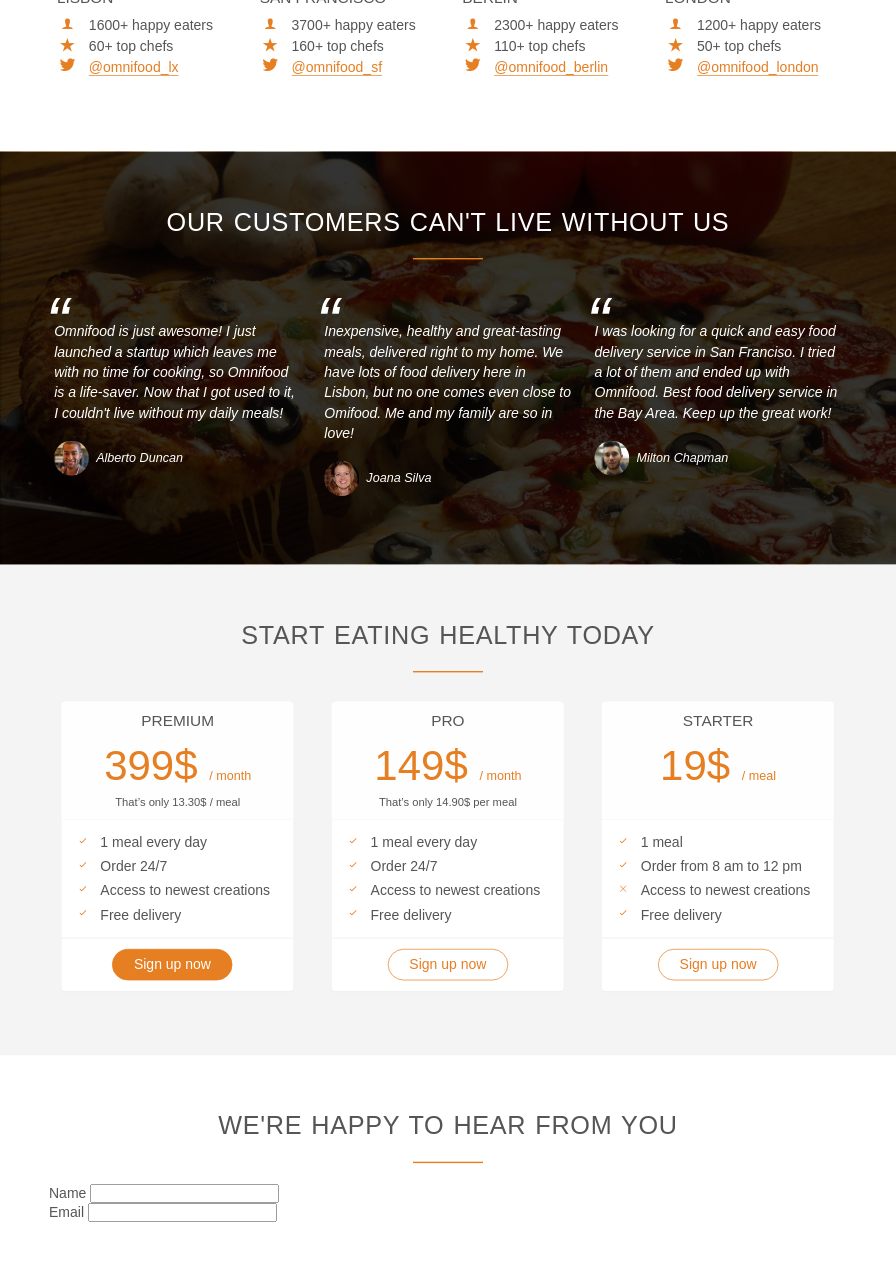
Repository: pboi18/E-Foods
Page: index.html
An editor plug-in stored every save of this project. The page is shown before and after the next save, followed by the edit.
The browser window is 1280 px wide. The pictures show the part of the page from y = 3071 to 4991 px (the page is 4897 px tall before and 4991 px after), at 70% of full size.
Backgrounds fixed to the window are drawn as part of the page.

Above is the page before, as saved 2020-07-13 22:45:05.

### index.html
<!DOCTYPE html>
<html lang="en">
   <head>
      <meta http-equiv="Content-Type" content="text/html;charset=UTF-8">
      <link rel="stylesheet" href="vendors/css/normalize.css">
      <link rel="stylesheet" href="vendors/css/7.1 Grid.css">
      <link rel="stylesheet" href="vendors/css/ionicons.min.css">
      <link rel="stylesheet" href="resources/css/style.css">
      <link href='http://fonts.googleapis.com/css?family=Lato:100,300,400,300italic' rel='stylesheet' type='text/css'>
      <title>Ominifoods</title>
   </head>

   <body>
      <header>
         <nav>
               <div class="row">
                  <img src="resources/img/logo-white.png" alt="Ominifood logo" class="logo">

                  <ul class="main-nav">
                     <li><a href="#">Food delivery</a></li>
                     <li><a href="#">How it works</a></li>
                     <li><a href="#">Our cities</a></li>
                     <li><a href="#">Sign up</a></li>
                  </ul>

               </div>
         </nav>
         <div class="hero-text-box">
               <h1>Goodbye junk food. <br> Hello super healthy meals.</h1>
               <a href="#" class="btn btn-full">I’m hungry </a>
               <a href="#" class="btn btn-ghost">Show me more </a>
         </div>

      </header>

      <section class="section-features">
         <div class="row">
               <h2>Get food fast &mdash; not fast food</h2>
               <p class="long-copy">
                  Hello, we’re Omnifood, your new premium food delivery service. We know you’re always busy. No time for cooking. So let us take care of that, we’re really good at it, we promise!
               </p>
         </div>

         <div class="row">
               <div class="col span-1-of-4 box">
                  <i class="ion-ios-infinite-outline icon-big"></i>
                  <h3>Up to 365 days/year</h3>
                  <p>
                     Never cook again! We
                     really mean that. Our subscription
                     plans include up to 365
                     days/year coverage. You can
                     also choose to order more
                     flexibly if that's your style.
                  </p>
               </div>

               <div class="col span-1-of-4 box">
                  <i class="ion-ios-stopwatch-outline icon-big"></i>
                  <h3>Ready in 20 minutes</h3>
                  <p>
                     You're only twenty minutes
                     away from your delicious and
                     super healthy meals delivered
                     right to your home. We work
                     with the best chefs in each
                     town to ensure that you're
                     100% happy.
                  </p>
               </div>

               <div class="col span-1-of-4 box">
                  <i class="ion-ios-nutrition-outline icon-big"></i>
                  <h3>100% organic</h3>
                  <p>
                     All our vegetables are fresh, organic and local. Animals are raised without added hormones or antibiotics. Good for your health, the environment, and it also tastes better!
                  </p>
               </div>

               <div class="col span-1-of-4 box">
                  <i class="ion-ios-cart-outline icon-big"></i>
                  <h3>Order anything</h3>
                  <p>
                     We don't limit your creativity, which means you can order whatever you feel like. You can also choose from our menu containing over 100 delicious meals. It's up to you!
                  </p>
               </div>
         </div>
      </section>

      <section class="section-meals">
         <ul class="meals-showcase clearfix">
               <li>
                  <figure class="meal-photo">
                     <img src="resources/img/1.jpg" alt="Korean bibimbap with egg and vegetables">
                  </figure>
               </li>
               <li>
                  <figure class="meal-photo">
                     <img src="resources/img/2.jpg" alt="Simple italian pizza with cherry tomatoes">
                  </figure>
               </li>
               <li>
                  <figure class="meal-photo">
                     <img src="resources/img/3.jpg" alt="Chicken breast steak with vegetables ">
                  </figure>
               </li>
               <li>
                  <figure class="meal-photo">
                     <img src="resources/img/4.jpg" alt="Autumn pumpkin soup">
                  </figure>
               </li>
         </ul>

         <ul class="meals-showcase clearfix">
               <li>
                  <figure class="meal-photo">
                     <img src="resources/img/5.jpg" alt="Paleo beef steak with vegetables">
                  </figure>
               </li>
               <li>
                  <figure class="meal-photo">
                     <img src="resources/img/6.jpg" alt="Healthy baguette with egg and vegetables">
                  </figure>
               </li>
               <li>
                  <figure class="meal-photo">
                     <img src="resources/img/7.jpg" alt="Burger with cheddar and bacon">
                  </figure>
               </li>
               <li>
                  <figure class="meal-photo">
                     <img src="resources/img/8.jpg" alt="Granola with cherries and strawberries">
                  </figure>
               </li>
         </ul>
      </section>

      <section class="section-steps">
         <div class="row">
               <h2>How it works &mdash; Simple as 1, 2, 3</h2>
         </div>
         <div class="row">
               <div class="col span-1-of-2 steps-box">
                  <img src="resources/img/app-iPhone.png" alt="Ominifood app on iphone" class="app-screen">
               </div>

               <div class="col span-1-of-2 steps-box">
                  <div class="works-step">
                     <div>1</div>
                     <p>Choose the subscription plan that best fits your needs and sign up today.</p>
                  </div>
                  <div class="works-step">
                     <div>2</div>
                     <p>Order your delicious meal using our mobile app or website. Or you can even call us!</p>
                  </div>
                  <div class="works-step">
                     <div>3</div>
                     <p>Enjoy your meal after less than 20 minutes. See you the next time!</p>
                  </div>

                  <a href="#" class="btn-app">
                     <img src="resources/img/download-app.png " alt="App Store Button">
                  </a>
                  <a href="#" class="btn-app" >
                     <img src="resources/img/download-app-android.png" alt="play Store Button">
                  </a>

               </div>
         </div>
      </section>


      <section class="section-cities">
         <div class="row">
            <h2>
               We're currently in these cities
            </h2>
         </div>

         <div class="row">
            <div class="col span-1-of-4 box">
               <img src="resources/img/lisbon-3.jpg" alt="Lisbon">
               <h3>Lisbon</h3>
               <div class="city-feature">
                  <i class="ion-ios-person icon-small"></i>
                  1600+ happy eaters
               </div>
               <div class="city-feature">
                  <i class="ion-ios-star icon-small"></i>
                  60+ top chefs
               </div>
               <div class="city-feature">
                  <i class="ion-social-twitter icon-small"></i>
                  <a href="#">@omnifood_lx</a>
               </div>
            </div>

            <div class="col span-1-of-4 box">
               <img src="resources/img/san-francisco.jpg" alt="San Francisco">
               <h3>San Francisco</h3>
               <div class="city-feature">
                  <i class="ion-ios-person icon-small"></i>
                  3700+ happy eaters
               </div>
               <div class="city-feature">
                  <i class="ion-ios-star icon-small"></i>
                  160+ top chefs
               </div>
               <div class="city-feature">
                  <i class="ion-social-twitter icon-small"></i>
                  <a href="#">@omnifood_sf</a>
               </div>
            </div>

            <div class="col span-1-of-4 box">
               <img src="resources/img/berlin.jpg" alt="Berlin">
               <h3>Berlin</h3>
               <div class="city-feature">
                  <i class="ion-ios-person icon-small"></i>
                  2300+ happy eaters
               </div>
               <div class="city-feature">
                  <i class="ion-ios-star icon-small"></i>
                  110+ top chefs
               </div>
               <div class="city-feature">
                  <i class="ion-social-twitter icon-small"></i>
                  <a href="#">@omnifood_berlin</a>
               </div>
            </div>

            <div class="col span-1-of-4 box">
               <img src="resources/img/london.jpg" alt="London">
               <h3>London</h3>
               <div class="city-feature">
                  <i class="ion-ios-person icon-small"></i>
                  1200+ happy eaters
               </div>
               <div class="city-feature">
                  <i class="ion-ios-star icon-small"></i>
                  50+ top chefs
               </div>
               <div class="city-feature">
                  <i class="ion-social-twitter icon-small"></i>
                  <a href="#">@omnifood_london</a>
               </div>
            </div>
         </div>


      </section>

      <section class="section-testimonials">
         <div class="row">
            <h2>Our customers can't live without us</h2>
         </div>

         <div class="row">
            <div class="col span-1-of-3">
               <blockquote>
                  Omnifood is just awesome! I just launched a startup which leaves me with no time for cooking, so Omnifood is a life-saver. Now that I got used to it, I couldn't live without my daily meals!
                  <cite><img src="resources/img/customer-1.jpg" alt="">Alberto Duncan</cite>
               </blockquote>
            </div>

            <div class="col span-1-of-3">
               <blockquote>
                  Inexpensive, healthy and great-tasting meals, delivered right to my home. We have lots of food delivery here in Lisbon, but no one comes even close to Omifood. Me and my family are so in love!
                  <cite><img src="resources/img/customer-2.jpg" alt="">Joana Silva</cite>
               </blockquote>
            </div>

            <div class="col span-1-of-3">
               <blockquote>
                  I was looking for a quick and easy food delivery service in San Franciso. I tried a lot of them and ended up with Omnifood. Best food delivery service in the Bay Area. Keep up the great work!
                  <cite><img src="resources/img/customer-3.jpg" alt="">Milton Chapman</cite>
               </blockquote>
            </div>
         </div>
      </section>

      <section class="section-plans">
         <div class="row">
            <h2>Start eating healthy today</h2>
         </div>
         <div class="row">
            <div class="col span-1-of-3">
               <div class="plan-box">
                  <div>
                     <h3>Premium</h3>
                     <p class="plan-price">399$ <span>/ month</span></p>
                     <p class="plan-price-meal">That’s only 13.30$ / meal</p>
                  </div>
                  <div>
                     <ul>
                        <li><i class="ion-ios-checkmark-empty icon-small"></i>1 meal every day</li>
                        <li><i class="ion-ios-checkmark-empty icon-small"></i>Order 24/7</li>
                        <li><i class="ion-ios-checkmark-empty icon-small"></i>Access to newest creations</li>
                        <li><i class="ion-ios-checkmark-empty icon-small"></i>Free delivery</li>
                     </ul>
                  </div>
                  <div>
                     <a href="#" class="btn btn-full" >Sign up now </a>
                  </div>
               </div>
            </div>

            <div class="col span-1-of-3">
               <div class="plan-box">
                  <div>
                     <h3>Pro</h3>
                     <p class="plan-price">149$ <span>/ month</span></p>
                     <p class="plan-price-meal">That’s only 14.90$ per meal</p>
                  </div>
                  <div>
                     <ul>
                        <li><i class="ion-ios-checkmark-empty icon-small"></i>1 meal every day</li>
                        <li><i class="ion-ios-checkmark-empty icon-small"></i>Order 24/7</li>
                        <li><i class="ion-ios-checkmark-empty icon-small"></i>Access to newest creations</li>
                        <li><i class="ion-ios-checkmark-empty icon-small"></i>Free delivery</li>
                     </ul>
                  </div>
                  <div>
                     <a href="#" class="btn btn-ghost" >Sign up now </a>
                  </div>
               </div>
            </div>

            <div class="col span-1-of-3">
               <div class="plan-box">
                  <div>
                     <h3>Starter</h3>
                     <p class="plan-price">19$ <span>/ meal</span></p>
                     <p class="plan-price-meal">&nbsp;</p>
                  </div>
                  <div>
                     <ul>
                        <li><i class="ion-ios-checkmark-empty icon-small"></i>1 meal</li>
                        <li><i class="ion-ios-checkmark-empty icon-small"></i>Order from 8 am to 12 pm</li>
                        <li><i class="ion-ios-close-empty icon-small"></i>Access to newest creations</li>
                        <li><i class="ion-ios-checkmark-empty icon-small"></i>Free delivery</li>
                     </ul>
                  </div>
                  <div>
                     <a href="#" class="btn btn-ghost" >Sign up now </a>
                  </div>
               </div>
            </div>
         </div>
      </section>

      <section class="section-form">
         <div class="row">
            <h2>We're happy to hear from you</h2>
         </div>

         <div class="row">
            <div>
               <label for="Name">Name</label>
               <input type="text">
            </div>
            <div>
               <label for="Email">Email</label>
               <input type="email" name="" id="">
            </div>


         </div>
      </section>

      <!--
Title:

Fields to include:
Name
Email
How did you find us?
Newsletter
Drop us a line -->

   </body>


</html>

Loaded but not shown: vendors/css/normalize.css (library); vendors/css/7.1 Grid.css (library); vendors/css/ionicons.min.css (library); resources/css/style.css (474 lines, source omitted)

After the next save:
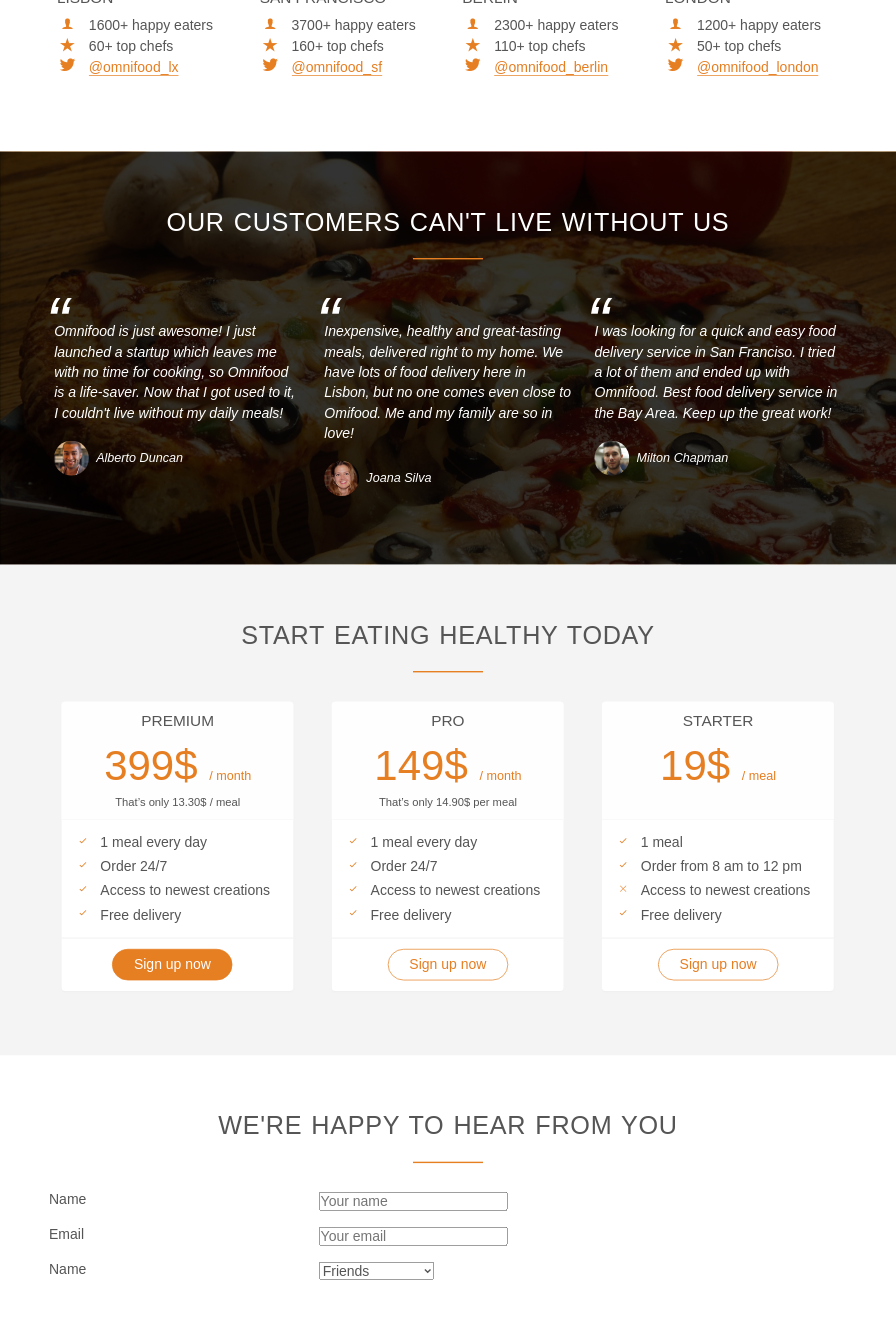
Saved 17 min 16 s later.
--- a/index.html
+++ b/index.html
@@ -355,15 +355,39 @@
          </div>
 
          <div class="row">
-            <div>
-               <label for="Name">Name</label>
-               <input type="text">
-            </div>
-            <div>
-               <label for="Email">Email</label>
-               <input type="email" name="" id="">
-            </div>
-
+            <form action="#" method="post" class="contact-form" >
+               <div class="row">
+                  <div class="col span-1-of-3">
+                     <label for="">Name</label>
+                  </div>
+                  <div class="col span-2-of-3">
+                     <input type="text" name="name" placeholder="Your name" requried>
+                  </div>
+               </div>
+               <div class="row">
+                  <div class="col span-1-of-3">
+                     <label for="">Email</label>
+                  </div>
+                  <div class="col span-2-of-3">
+                     <input type="email" name="email" placeholder="Your email" requried>
+                  </div>
+               </div>
+               <div class="row">
+                  <div class="col span-1-of-3">
+                     <label for="">Name</label>
+                  </div>
+                  <div class="col span-2-of-3">
+                     <select name="find us" id="">
+                        <option value="friends">Friends</option>
+                        <option value="Social Media">Social Media</option>
+                        <option value="Search Engines">Search Engines</option>
+                        <option value="Advertisement">Advertisement</option>
+                        <option value="Others">Others</option>
+
+                     </select>
+                  </div>
+               </div>
+            </form>
 
          </div>
       </section>
